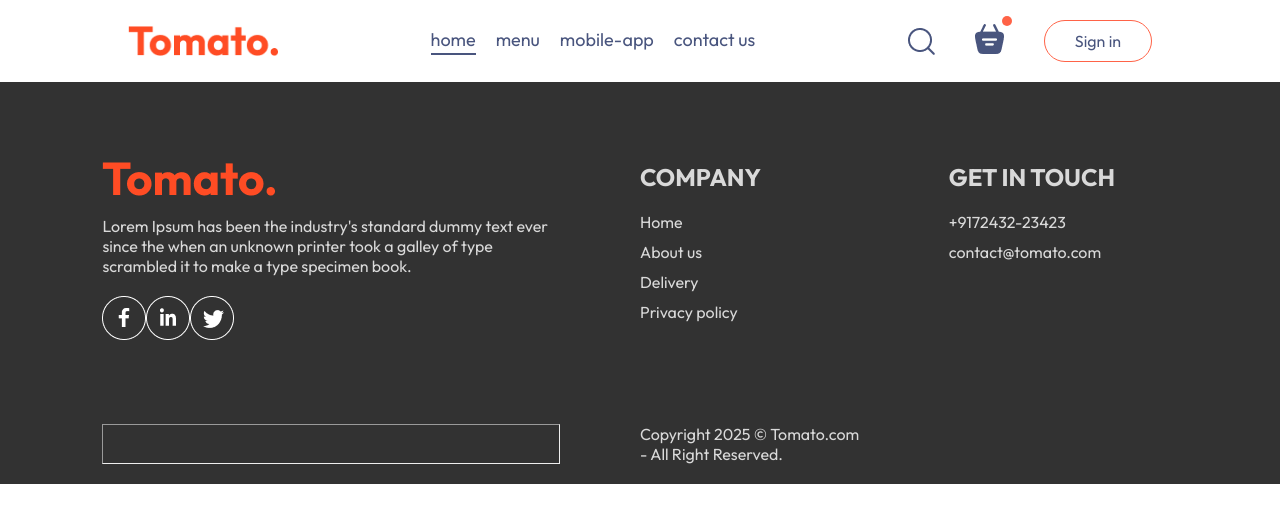
Repository: KartikChouhan03/food-delivery-app
Page: /order (app in frontend/)
These files come from the project's save history. The page is drawn as it stood at one moment and after the next save; the edit follows.
The browser window is 1280 px wide. The pictures show the whole page.
Some web fonts or font styles are not loaded; a fallback is used. The project was rebuilt for these pictures with package versions that can differ from the ones it lists, and the page was loaded fresh each time. Also part of the build but not shown: frontend/vite.config.js, frontend/src/components/Header/Header.css, frontend/src/components/Header/Header.jsx, frontend/src/components/ExploreMenu/ExploreMenu.css, frontend/src/components/ExploreMenu/ExploreMenu.jsx, frontend/src/components/FoodDisplay/FoodDisplay.css, frontend/src/components/FoodItem/FoodItem.css, frontend/src/components/FoodItem/FoodItem.jsx and 5 more.

Above is the page before, as saved 2025-08-16 11:08:17.

### frontend/index.html
<!doctype html>
<html lang="en">
  <head>
    <meta charset="UTF-8" />
    <link rel="icon" type="image/svg+xml" href="" />
    <meta name="viewport" content="width=device-width, initial-scale=1.0" />
    <title>Foodify</title>
  </head>
  <body>
    <div id="root"></div>
    <script type="module" src="/src/main.jsx"></script>
  </body>
</html>

### frontend/src/main.jsx
import { createRoot } from 'react-dom/client'
import './index.css'
import App from './App.jsx'
import { BrowserRouter} from 'react-router-dom'
import StoreContextProvider from './context/StoreContext.jsx'


createRoot(document.getElementById('root')).render(
  <BrowserRouter>
    <StoreContextProvider>
      <App />
    </StoreContextProvider>
  </BrowserRouter>


)

### frontend/src/index.css

@import url('https://fonts.googleapis.com/css2?family=Montserrat:ital,wght@0,100..900;1,100..900&family=Outfit:wght@100..900&family=Playfair+Display:ital,wght@0,400..900;1,400..900&display=swap');


*{
  padding: 0;
  margin: 0;
  box-sizing: border-box;
  font-family: Outfit;
}

body{
  min-height: 100vh;
}

a{
  text-decoration: none;
  color: inherit;
}

.app{
  width: 80%;
  margin: auto;
}

@keyframes fadeIn{
  0%{
    opacity: 0;
  }
  100%{
    opacity: 1;
  }
}

### frontend/src/App.jsx
import React from 'react'
import Navbar from './components/Navbar/Navbar'
import { Route, Routes } from 'react-router-dom'
import Home from './pages/Home/Home'
import Cart from './pages/Cart/Cart'
import PlaceOrder from './pages/PlaceOrder/PlaceOrder'
import Footer from './components/Footer/Footer'


const App = () => {
  return (
    <>
      <div className='app'>
        <Navbar/>
        <Routes>
          <Route path="/" element={<Home />} />
          <Route path="/cart" element={<Cart />} />
          <Route path="/order" element={<PlaceOrder/>} />
        </Routes>
      </div>
      <Footer/>
    </>

  )
}

export default App

### frontend/src/context/StoreContext.jsx
import { createContext, useEffect, useState } from "react";
import { food_list } from "../assets/assets";


export const StoreContext = createContext(null)

const StoreContextProvider = (props) =>{

    const [cartItems, setCartItems] = useState({});

    const addToCart =(itemId)=>{
        if(!cartItems[itemId]){
            setCartItems((prev)=>({...prev,[itemId]:1}))
        }
        else{
            setCartItems((prev)=>({...prev,[itemId]:prev[itemId]+1}))
        }
    }

    const removeFromCart =(itemId) =>{
        setCartItems((prev)=>({...prev,[itemId]:prev[itemId]-1}))
    }

    useEffect(()=>{
        console.log(cartItems);
    },[cartItems])


    const contextValue = {
        food_list,
        cartItems,
        setCartItems,
        addToCart,
        removeFromCart,
    }



    return (
        <StoreContext.Provider value ={contextValue}>
            {props.children}
        </StoreContext.Provider>
    )

}

export default StoreContextProvider;

### frontend/src/components/Navbar/Navbar.jsx
import React, { useState } from 'react'
import './Navbar.css'
import {assets} from '../../assets/assets.js'


const Navbar = () => {

  const [menu,setMenu] = useState("home");


  return (
    <div className='navbar'>
      <img className='logo' src={assets.logo} alt="" />
      <ul className='navbar-menu'>
        <li onClick={()=>setMenu("home")} className={menu==="home"?"active":""}>home</li>
        <li onClick={()=>setMenu("menu")} className={menu==="menu"?"active":""}>menu</li>
        <li onClick={()=>setMenu("mobile-app")} className={menu==="mobile-app"?"active":""}>mobile-app</li>
        <li onClick={()=>setMenu("contact-us")} className={menu==="contact-us"?"active":""}>contact us</li>
      </ul>
      <div className="navbar-right">
        <img src={assets.search_icon} alt="" />
        <div className='navbar-search-icon'>
          <img src={assets.basket_icon} alt="" />
          <div className='dot'></div>
        </div>
        <button>Sign in</button>
      </div>
    </div>
  )
}

export default Navbar

### frontend/src/components/Footer/Footer.jsx
import React from 'react'
import './Footer.css'
import { assets } from '../../assets/assets'

const Footer = () => {
  return (
    <div className='footer' id='footer'>
      <div className="footer-content">
        <div className="footer-content-left">
            <img src={assets.logo} alt="" />
            <p>Lorem Ipsum has been the industry's standard dummy text ever since the when an unknown printer took a galley of type scrambled it to make a type specimen book.</p>
            <div className="footer-social-icons">
                <img src={assets.facebook_icon} alt="" />
                <img src={assets.linkedin_icon} alt="" />
                <img src={assets.twitter_icon} alt="" />
            </div>
        </div>
        <div className='footer-content-center'>
            <h2>COMPANY</h2>
            <ul>
                <li>Home</li>
                <li>About us</li>
                <li>Delivery</li>
                <li>Privacy policy</li>
            </ul>
        </div>
        <div className="footer-content-right">
            <h2>GET IN TOUCH</h2>
            <ul>
                <li>+9172432-23423</li>
                <li>contact@tomato.com</li>
            </ul>
        </div>
        <hr />
        <p className='footer-copyright'>Copyright 2025 © Tomato.com - All Right Reserved.</p>
      </div>
    </div>
  )
}

export default Footer

### frontend/src/assets/assets.js
import basket_icon from './basket_icon.png'
import logo from './logo.png'
import header_img from './header_img.png'
import search_icon from './search_icon.png'
import menu_1 from './menu_1.png'
import menu_2 from './menu_2.png'
import menu_3 from './menu_3.png'
import menu_4 from './menu_4.png'
import menu_5 from './menu_5.png'
import menu_6 from './menu_6.png'
import menu_7 from './menu_7.png'
import menu_8 from './menu_8.png'

import food_1 from './food_1.png'
import food_2 from './food_2.png'
import food_3 from './food_3.png'
import food_4 from './food_4.png'
import food_5 from './food_5.png'
import food_6 from './food_6.png'
import food_7 from './food_7.png'
import food_8 from './food_8.png'
import food_9 from './food_9.png'
import food_10 from './food_10.png'
import food_11 from './food_11.png'
import food_12 from './food_12.png'
import food_13 from './food_13.png'
import food_14 from './food_14.png'
import food_15 from './food_15.png'
import food_16 from './food_16.png'
import food_17 from './food_17.png'
import food_18 from './food_18.png'
import food_19 from './food_19.png'
import food_20 from './food_20.png'
import food_21 from './food_21.png'
import food_22 from './food_22.png'
import food_23 from './food_23.png'
import food_24 from './food_24.png'
import food_25 from './food_25.png'
import food_26 from './food_26.png'
import food_27 from './food_27.png'
import food_28 from './food_28.png'
import food_29 from './food_29.png'
import food_30 from './food_30.png'
import food_31 from './food_31.png'
import food_32 from './food_32.png'

import add_icon_white from './add_icon_white.png'
import add_icon_green from './add_icon_green.png'
import remove_icon_red from './remove_icon_red.png'
import app_store from './app_store.png'
import play_store from './play_store.png'
import linkedin_icon from './linkedin_icon.png'
import facebook_icon from './facebook_icon.png'
import twitter_icon from './twitter_icon.png'
import cross_icon from './cross_icon.png'
import selector_icon from './selector_icon.png'
import rating_starts from './rating_starts.png'
import profile_icon from './profile_icon.png'
import bag_icon from './bag_icon.png'
import logout_icon from './logout_icon.png'
import parcel_icon from './parcel_icon.png'

export const assets = {
    logo,
    basket_icon,
    header_img,
    search_icon,
    rating_starts,
    add_icon_green,
    add_icon_white,
    remove_icon_red,
    app_store,
    play_store,
    linkedin_icon,
    facebook_icon,
    twitter_icon,
    cross_icon,
    selector_icon,
    profile_icon,
    logout_icon,
    bag_icon,
    parcel_icon
}

export const menu_list = [
    {
        menu_name: "Salad",
        menu_image: menu_1
    },
    {
        menu_name: "Rolls",
        menu_image: menu_2
    },
    {
        menu_name: "Deserts",
        menu_image: menu_3
    },
    {
        menu_name: "Sandwich",
        menu_image: menu_4
    },
    {
        menu_name: "Cake",
        menu_image: menu_5
    },
    {
        menu_name: "Pure Veg",
        menu_image: menu_6
    },
    {
        menu_name: "Pasta",
        menu_image: menu_7
    },
    {
        menu_name: "Noodles",
        menu_image: menu_8
    }]

export const food_list = [
    {
        _id: "1",
        name: "Greek salad",
        image: food_1,
        price: 12,
        description: "Food provides essential nutrients for overall health and well-being",
        category: "Salad"
    },
    {
        _id: "2",
        name: "Veg salad",
        image: food_2,
        price: 18,
        description: "Food provides essential nutrients for overall health and well-being",
        category: "Salad"
    }, {
        _id: "3",
        name: "Clover Salad",
        image: food_3,
        price: 16,
        description: "Food provides essential nutrients for overall health and well-being",
        category: "Salad"
    }, {
        _id: "4",
        name: "Chicken Salad",
        image: food_4,
        price: 24,
        description: "Food provides essential nutrients for overall health and well-being",
        category: "Salad"
    }, {
        _id: "5",
        name: "Lasagna Rolls",
        image: food_5,
        price: 14,
        description: "Food provides essential nutrients for overall health and well-being",
        category: "Rolls"
    }, {
        _id: "6",
        name: "Peri Peri Rolls",
        image: food_6,
        price: 12,
        description: "Food provides essential nutrients for overall health and well-being",
        category: "Rolls"
    }, {
        _id: "7",
        name: "Chicken Rolls",
        image: food_7,
        price: 20,
        description: "Food provides essential nutrients for overall health and well-being",
        category: "Rolls"
    }, {
        _id: "8",
        name: "Veg Rolls",
        image: food_8,
        price: 15,
        description: "Food provides essential nutrients for overall health and well-being",
        category: "Rolls"
    }, {
        _id: "9",
        name: "Ripple Ice Cream",
        image: food_9,
        price: 14,
        description: "Food provides essential nutrients for overall health and well-being",
        category: "Deserts"
    }, {
        _id: "10",
        name: "Fruit Ice Cream",
        image: food_10,
        price: 22,
        description: "Food provides essential nutrients for overall health and well-being",
        category: "Deserts"
    }, {
        _id: "11",
        name: "Jar Ice Cream",
        image: food_11,
        price: 10,
        description: "Food provides essential nutrients for overall health and well-being",
        category: "Deserts"
    }, {
        _id: "12",
        name: "Vanilla Ice Cream",
        image: food_12,
        price: 12,
        description: "Food provides essential nutrients for overall health and well-being",
        category: "Deserts"
    },
    {
        _id: "13",
        name: "Chicken Sandwich",
        image: food_13,
        price: 12,
        description: "Food provides essential nutrients for overall health and well-being",
        category: "Sandwich"
    },
    {
        _id: "14",
        name: "Vegan Sandwich",
        image: food_14,
        price: 18,
        description: "Food provides essential nutrients for overall health and well-being",
        category: "Sandwich"
    }, {
        _id: "15",
        name: "Grilled Sandwich",
        image: food_15,
        price: 16,
        description: "Food provides essential nutrients for overall health and well-being",
        category: "Sandwich"
    }, {
        _id: "16",
        name: "Bread Sandwich",
        image: food_16,
        price: 24,
        description: "Food provides essential nutrients for overall health and well-being",
        category: "Sandwich"
    }, {
        _id: "17",
        name: "Cup Cake",
        image: food_17,
        price: 14,
        description: "Food provides essential nutrients for overall health and well-being",
        category: "Cake"
    }, {
        _id: "18",
        name: "Vegan Cake",
        image: food_18,
        price: 12,
        description: "Food provides essential nutrients for overall health and well-being",
        category: "Cake"
    }, {
        _id: "19",
        name: "Butterscotch Cake",
        image: food_19,
        price: 20,
        description: "Food provides essential nutrients for overall health and well-being",
        category: "Cake"
    }, {
        _id: "20",
        name: "Sliced Cake",
        image: food_20,
        price: 15,
        description: "Food provides essential nutrients for overall health and well-being",
        category: "Cake"
    }, {
        _id: "21",
        name: "Garlic Mushroom ",
        image: food_21,
        price: 14,
        description: "Food provides essential nutrients for overall health and well-being",
        category: "Pure Veg"
    }, {
        _id: "22",
        name: "Fried Cauliflower",
        image: food_22,
        price: 22,
        description: "Food provides essential nutrients for overall health and well-being",
        category: "Pure Veg"
    }, {
        _id: "23",
        name: "Mix Veg Pulao",
        image: food_23,
        price: 10,
        description: "Food provides essential nutrients for overall health and well-being",
        category: "Pure Veg"
    }, {
        _id: "24",
        name: "Rice Zucchini",
        image: food_24,
        price: 12,
        description: "Food provides essential nutrients for overall health and well-being",
        category: "Pure Veg"
    },
    {
        _id: "25",
        name: "Cheese Pasta",
        image: food_25,
        price: 12,
        description: "Food provides essential nutrients for overall health and well-being",
        category: "Pasta"
    },
    {
        _id: "26",
        name: "Tomato Pasta",
        image: food_26,
        price: 18,
        description: "Food provides essential nutrients for overall health and well-being",
        category: "Pasta"
    }, {
        _id: "27",
        name: "Creamy Pasta",
        image: food_27,
        price: 16,
        description: "Food provides essential nutrients for overall health and well-being",
        category: "Pasta"
    }, {
        _id: "28",
        name: "Chicken Pasta",
        image: food_28,
        price: 24,
        description: "Food provides essential nutrients for overall health and well-being",
        category: "Pasta"
    }, {
        _id: "29",
        name: "Buttter Noodles",
        image: food_29,
        price: 14,
        description: "Food provides essential nutrients for overall health and well-being",
        category: "Noodles"
    }, {
        _id: "30",
        name: "Veg Noodles",
        image: food_30,
        price: 12,
        description: "Food provides essential nutrients for overall health and well-being",
        category: "Noodles"
    }, {
        _id: "31",
        name: "Somen Noodles",
        image: food_31,
        price: 20,
        description: "Food provides essential nutrients for overall health and well-being",
        category: "Noodles"
    }, {
        _id: "32",
        name: "Cooked Noodles",
        image: food_32,
        price: 15,
        description: "Food provides essential nutrients for overall health and well-being",
        category: "Noodles"
    }
]

### frontend/src/components/Navbar/Navbar.css
.navbar{
    padding: 20px 0px;
    display: flex;
    justify-content: space-between;
    align-items: center;
}

.navbar .logo{
    width: 150px;
}

.navbar-menu{
    display: flex;
    list-style: none;
    gap: 20px;
    color: #49557e;
    font-size: 18px;
}

.navbar-right{
    display: flex;
    align-items: center;
    gap: 40px;
}

.navbar button{
    background: transparent;
    font-size: 16px;
    color: #49557e;
    border: 1px solid tomato;
    padding: 10px 30px;
    border-radius: 50px;
    cursor: pointer;
    transition: 0.4s;
}

.navbar button:hover{
    background-color: #fff4f2;
}

.navbar .active{
    padding-bottom: 2px;
    border-bottom: 2px solid #49557e;
}

.navbar li{
    cursor: pointer;
}

.navbar-search-icon {
    position: relative;
}

.navbar-search-icon .dot{
    position: absolute;
    min-width: 10px;
    min-height: 10px;
    background-color: tomato;
    border-radius:5px ;
    top: -8px;
    right: -8px;
}

### frontend/src/components/Footer/Footer.css
.footer{
    color: #d9d9d9;
    background-color: #323232;
    display: flex;
    flex-direction: column;
    align-items: center;
    gap: 20px;
    padding: 20px 8vw;
    padding-top: 80px ;

}

.footer-content{
    width: 100%;
    display: grid;
    grid-template-columns: 2fr 1fr 1fr;
    gap: 80px;
}

.footer-content-left, .footer-content-right, .footer-content-center{
    display: flex;
    flex-direction: column;
    align-items:start ;
    gap: 20px;
}


.footer-content-left li, .footer-content-right li , .footer-content-center li{
    list-style: none;
    margin-bottom: 10px;
}

Loaded but not shown: frontend/src/pages/PlaceOrder/PlaceOrder.jsx (common file); frontend/src/pages/Home/Home.css (no stored copy; drawn as an empty file)

After the next save:
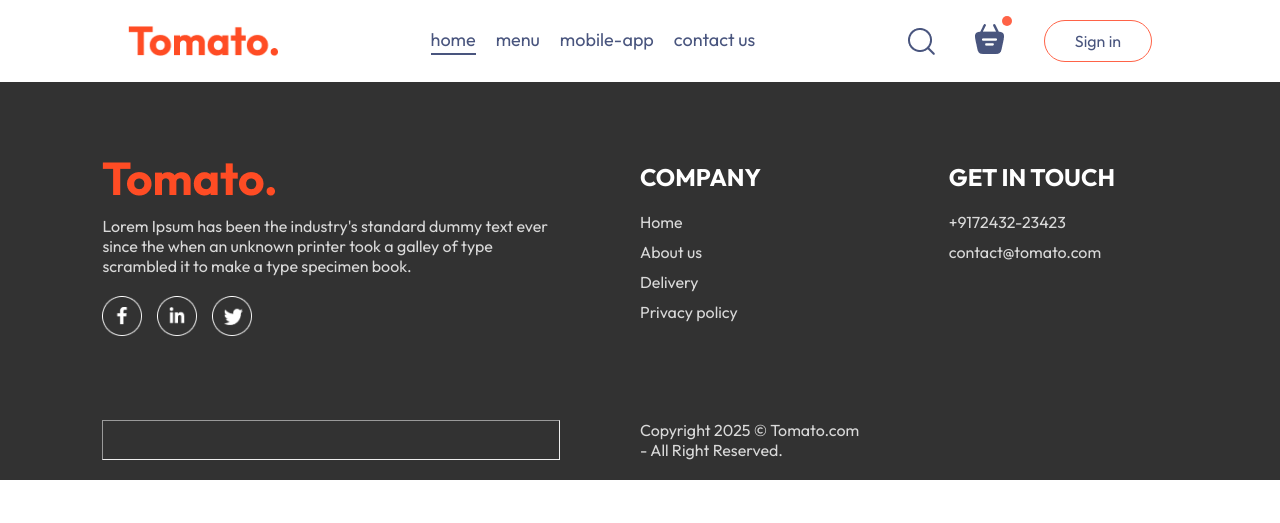
Saved 89 s later.
--- a/frontend/src/components/Footer/Footer.css
+++ b/frontend/src/components/Footer/Footer.css
@@ -28,4 +28,15 @@
 .footer-content-left li, .footer-content-right li , .footer-content-center li{
     list-style: none;
     margin-bottom: 10px;
+    cursor: pointer;
 }
+
+.footer-content-right h2, .footer-content-center h2{
+    color: white;
+}
+
+
+.footer-social-icons img{
+    width: 40px;
+    margin-right: 15px;
+}
